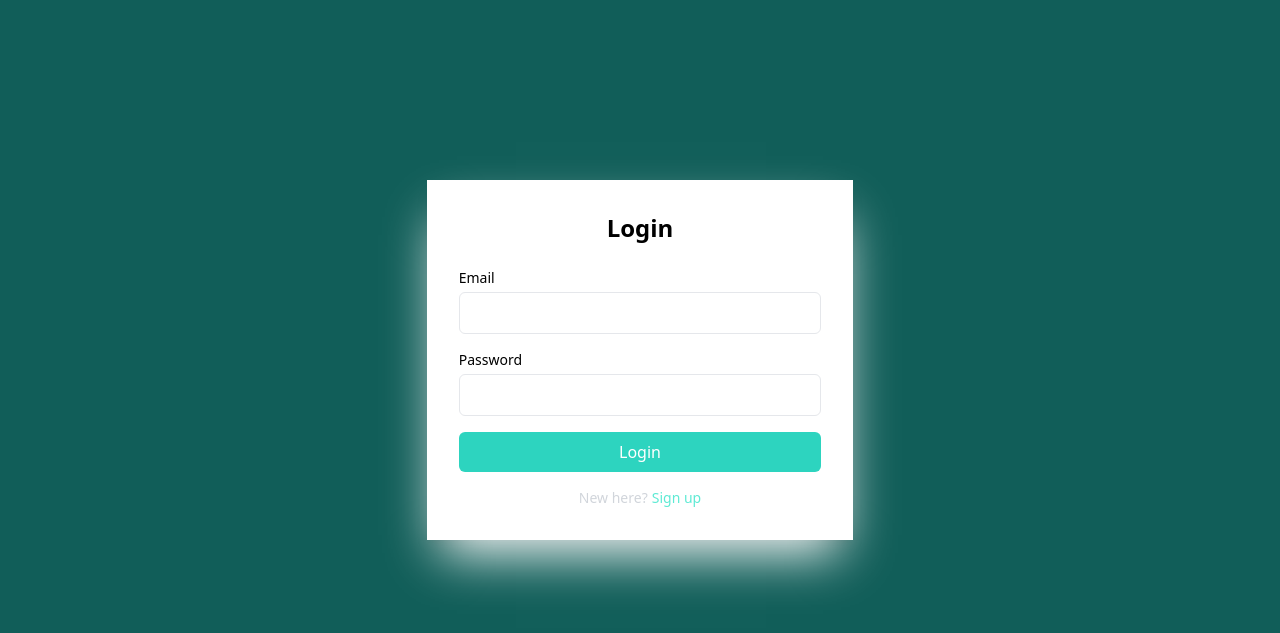
Repository: alizey12/POS-React-website
Page: /
The author's editor kept a copy of each file at every save. The page is drawn from the files as they stood at one save, then again after the next save.
The browser window is 1280 px wide. The pictures show the whole page.
The project was rebuilt for these pictures with package versions that can differ from the ones it lists, and the page was loaded fresh each time. Also part of the build but not shown: vite.config.js, src/navbar.jsx, src/sidebar.jsx, src/Dashboard.jsx.

Above is the page before, as saved 2024-12-30 22:54:26.

After the next save:
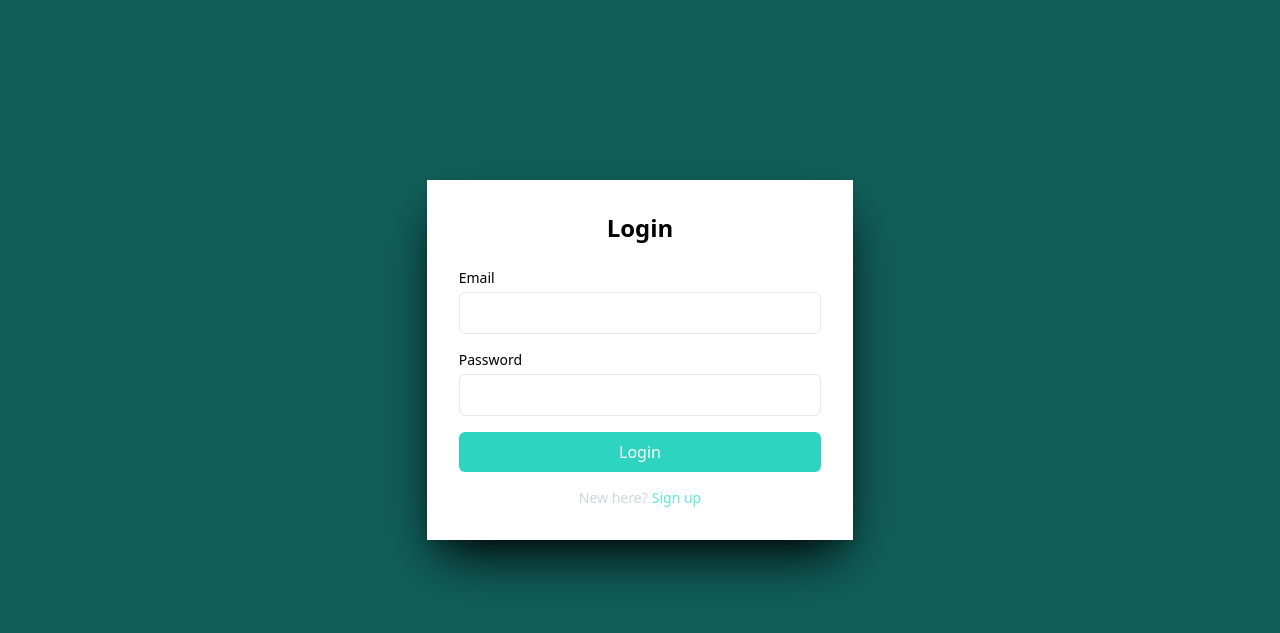
Saved 12 s later.
--- a/src/login.jsx
+++ b/src/login.jsx
@@ -56,7 +56,7 @@ const SignupLogin = () => {
     <div className="flex items-center justify-center min-h-screen  bg-teal-800 to-yellow-500">
       <div className=" bg-white w-1/3 shadow-lg rounded-lg">
 
-        <div className="w-full bg-white shadow-white shadow-2xl p-8 justify-center">
+        <div className="w-full bg-white shadow-black shadow-2xl p-8 justify-center">
           <h2 className="text-2xl font-bold text-center ">
             {isLogin ? 'Login' : 'Sign Up'}
           </h2>
